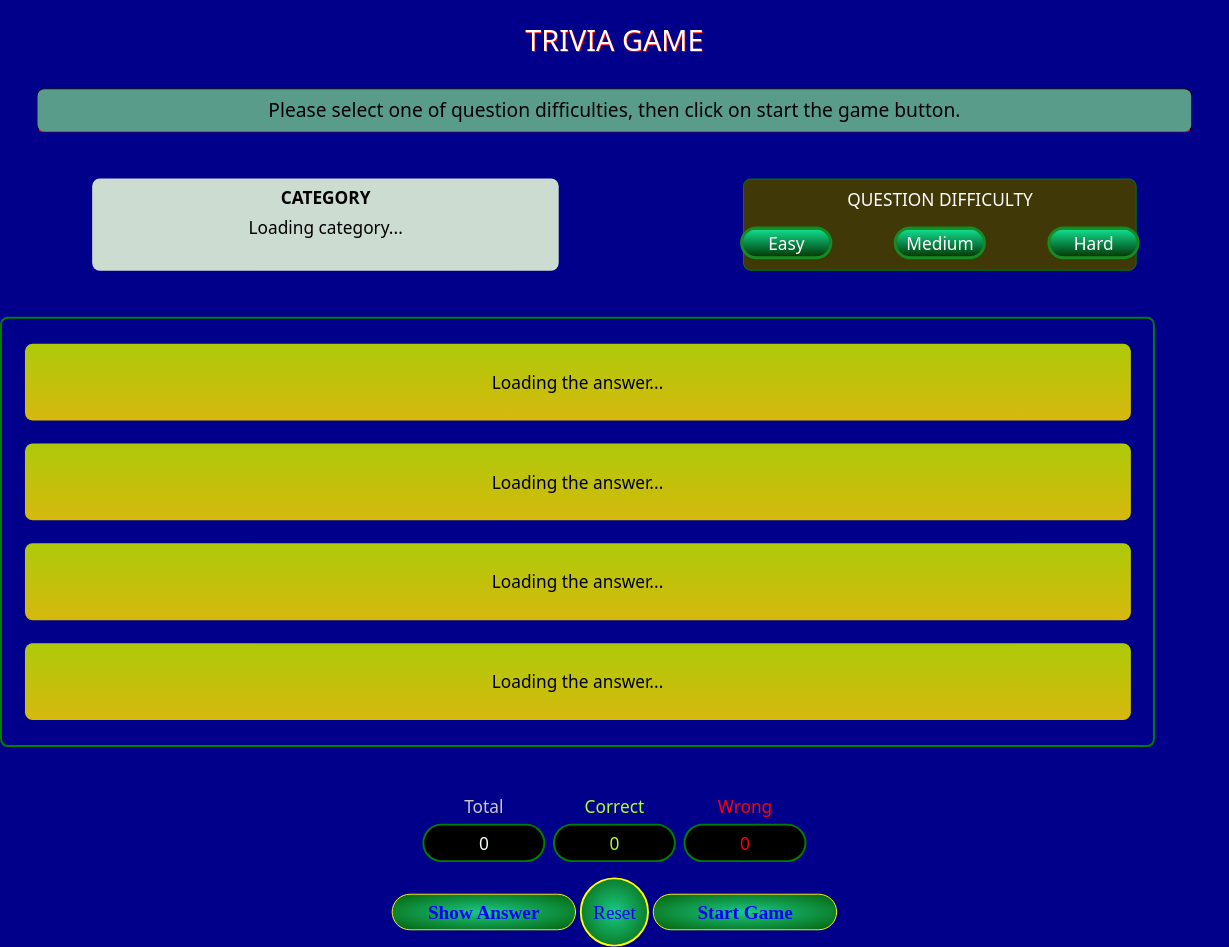
Repository: ShindanoSingi/bembe-trivia
Page: index.html
An editor plug-in stored every save of this project. The page is shown before and after the next save, followed by the edit.
The browser window is 1280 px wide. The pictures show the whole page, at 96% of full size.
Some web libraries are served in a nearby version.

Above is the page before, as saved 2022-09-08 03:01:59.

After the next save:
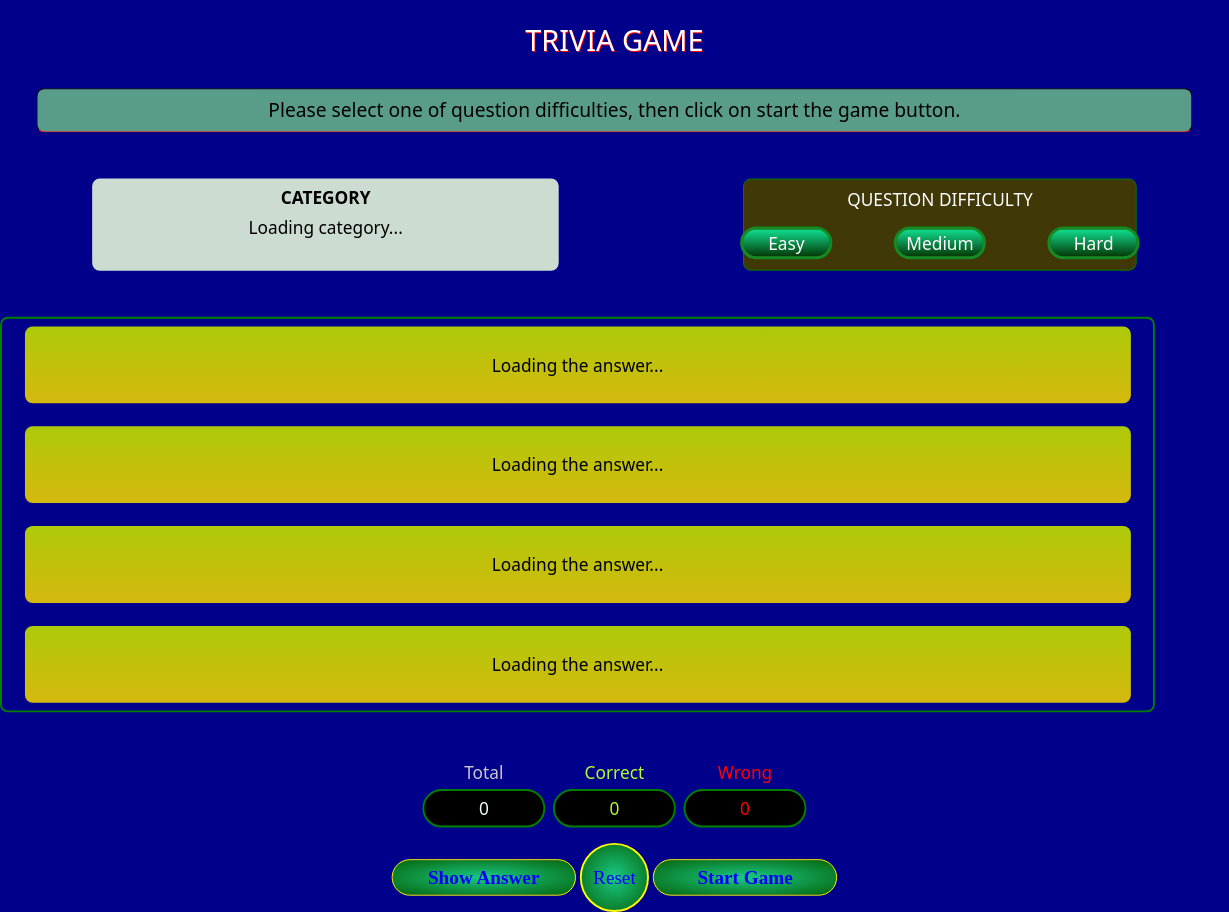
Saved 93 s later.
--- a/index.html
+++ b/index.html
@@ -32,16 +32,13 @@
                     </div>
                 </div>
             </div>
-            <div class="imgAndQuestions">
-                    <div class="answersButtons img w-[94vw] h-[28rem] flex  justify-center items-center p-2 gap-6 flex-col">
+                    <div class="answersButtons imgAndQuestions img w-[94vw] h-[28rem] flex  justify-center items-center p-2 gap-6 flex-col">
                         <button class="showAnswer md:text-lg w-[90vw] p-1 absolute bottom-[17rem] mx-auto text-sm h-[5rem]">Loading the answer...</button>
                         <button class="response md:text-lg w-[90vw] p-1 text-center text-md h-[5rem]" id="response1">Loading the answer...</button>
                         <button class="response md:text-lg w-[90vw] p-1 text-md h-[5rem]" id="response2">Loading the answer...</button>
                         <button class="response md:text-lg w-[90vw] p-1 text-md h-[5rem]" id="response3">Loading the answer...</button>
                         <button class="response md:text-lg w-[90vw] p-1 text-md h-[5rem]" id="response4">Loading the answer...</button>
                     </div>
-                </div>
-
             <div id="bottomPart" class="flex  mx-auto flex-col items-center gap-4">
                 <div class="labelsAndButtons relative left-1 flex space-x-2">
                     <div class="question-number flex flex-col items-center">
